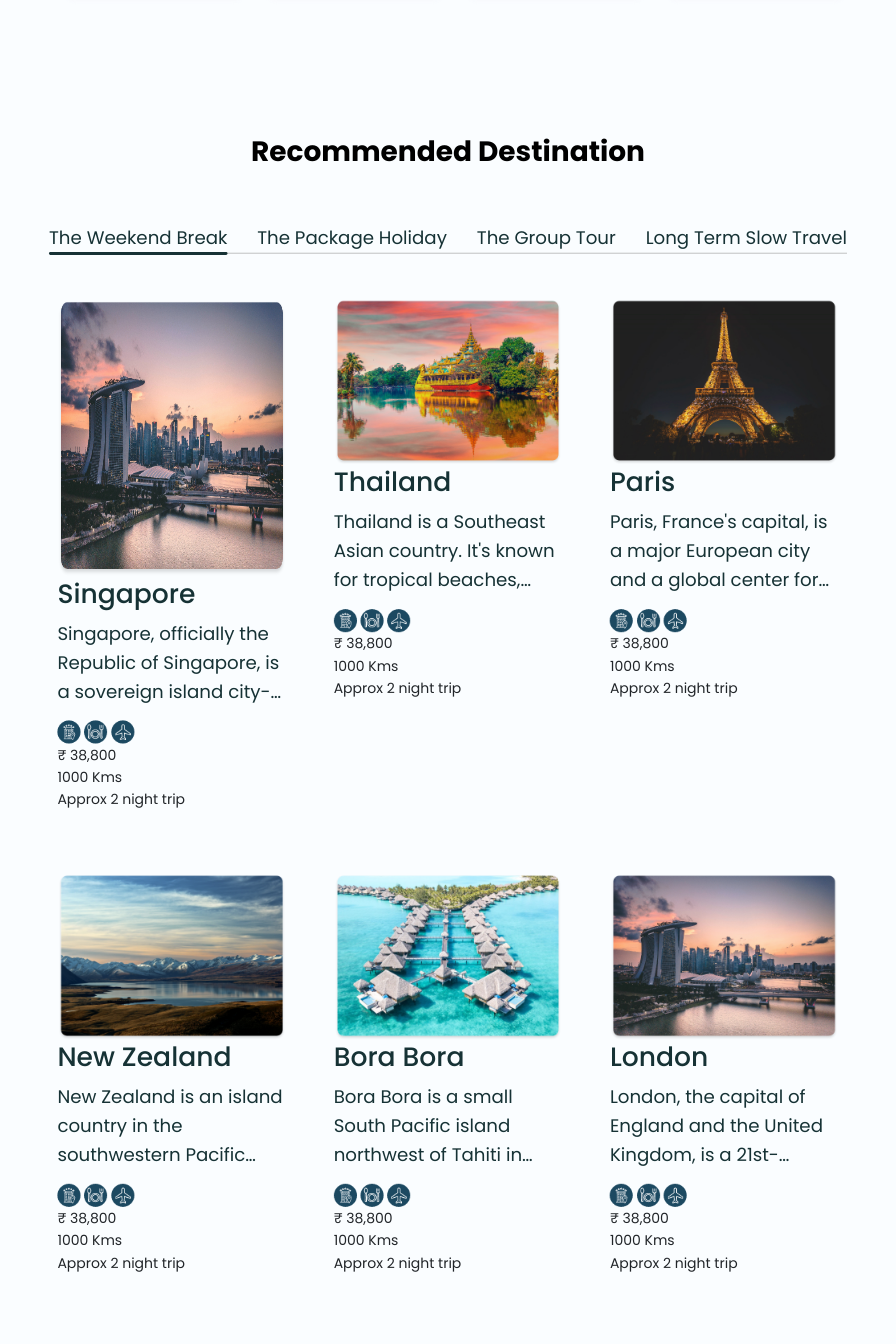
Repository: kuluong2000/travel
Page: index.html
The author's editor kept a copy of each file at every save. The page is drawn from the files as they stood at one save, then again after the next save.
The browser window is 1280 px wide. The pictures show the part of the page from y = 1113 to 3033 px (the page is 3033 px tall before and 2969 px after), at 70% of full size.
The style sheet was rebuilt from its Sass, Less or Tailwind sources for each picture, by a compiler version that may differ from the author's.

Above is the page before, as saved 2021-09-09 21:35:33.

After the next save:
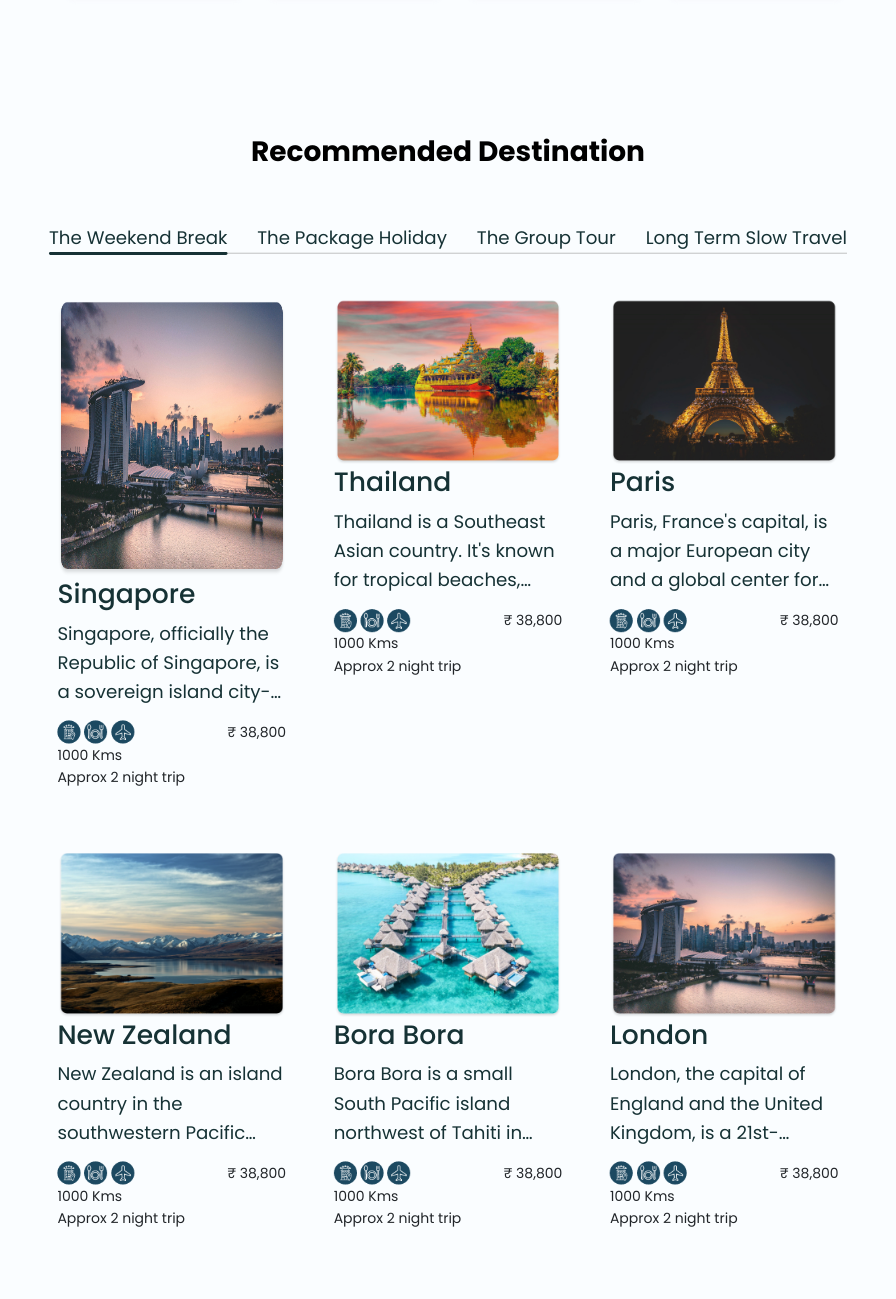
Saved 41 s later.
--- a/assets/sass/_destination.scss
+++ b/assets/sass/_destination.scss
@@ -84,7 +84,9 @@
 
     }
     &__card__bottom__service{
-
+        display:flex;
+        justify-content: space-between;
+        align-items: center;
     }
     &__card__bottom__service__img{
 
